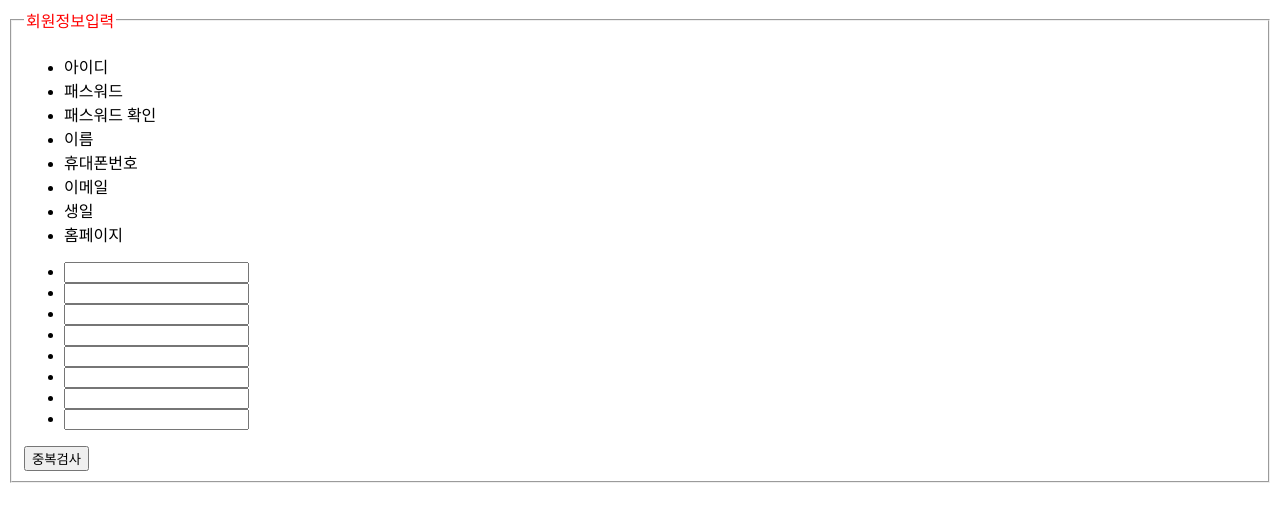
Repository: saysang22/servlet
Page: http://localhost/BookMarket/validationExample.jsp
An editor plug-in stored every save of this project. The page is shown before and after the next save, followed by the edit.
The browser window is 1280 px wide. The pictures show the whole page.
The page is served by Tomcat 10. Other server files are loaded and not shown.

Above is the page before, as saved 2024-05-31 07:50:44.

### BookMarket/src/main/webapp/validationExample.jsp
<%@ page language="java" contentType="text/html; charset=UTF-8"
    pageEncoding="UTF-8"%>
<!DOCTYPE html>
<html>
<head>
<meta charset="UTF-8">
<title>유효성 검사</title>
<link rel="stylesheet" href="./resources/css/validationExample.css"></link>
</head>
<body>
	<form method="post" action="#" name="signUp">
		<fieldset>
			<legend>회원정보입력</legend>
			<ul>
				<li><label>아이디</label></li>
				<li><label>패스워드</label></li>
				<li><label>패스워드 확인</label></li>
				<li><label>이름</label></li>
				<li><label>휴대폰번호</label></li>
				<li><label>이메일</label></li>
				<li><label>생일</label></li>
				<li><label>홈페이지</label></li>
			</ul>
			<ul>
				<li><input type="text" name="id"></li>
				<li><input type="text" name="passwd"></li>
				<li><input type="text" name ="passwdCk"></li>
				<li><input type="text" name="name"></li>
				<li><input type="text" name="tel"></li>
				<li><input type="text" name="email"></li>
				<li><input type="text" name="birth"></li>
				<li><input type="text" name="home"></li>
			</ul>
			<input type="button" value="중복검사">
		</fieldset>
	</form>
</body>
</html>

### BookMarket/src/main/webapp/resources/css/validationExample.css
@charset "UTF-8";

legend {
	color: red;
}

After the next save:
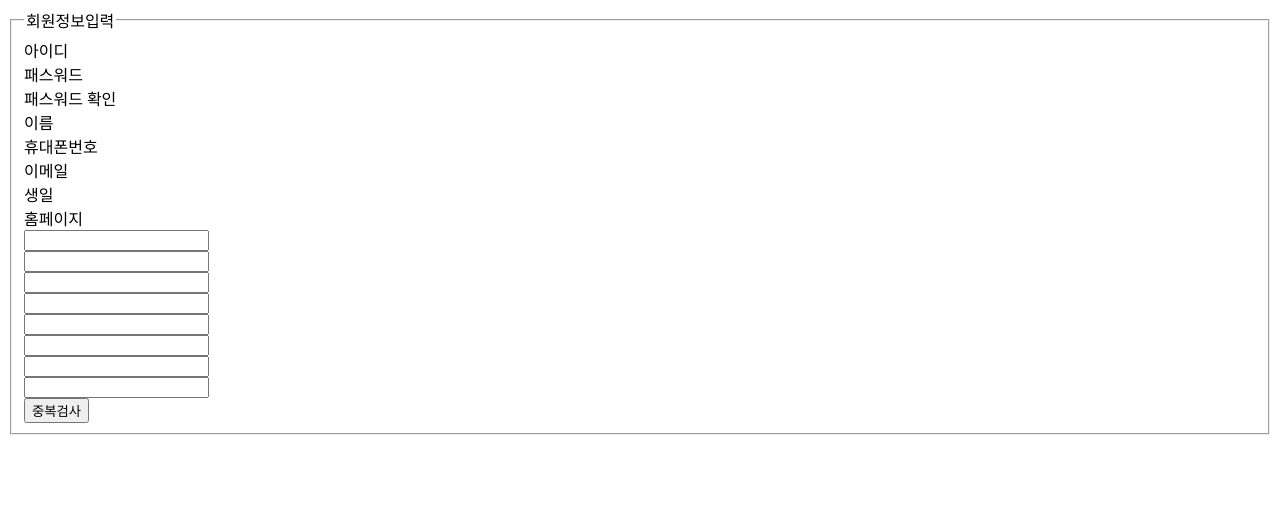
Saved 28 s later.
--- a/BookMarket/src/main/webapp/resources/css/validationExample.css
+++ b/BookMarket/src/main/webapp/resources/css/validationExample.css
@@ -1,5 +1,8 @@
 @charset "UTF-8";
 
-legend {
-	color: red;
+ul {
+	list-style: none;
+	padding: 0;
+	margin: 0;
+
 }
